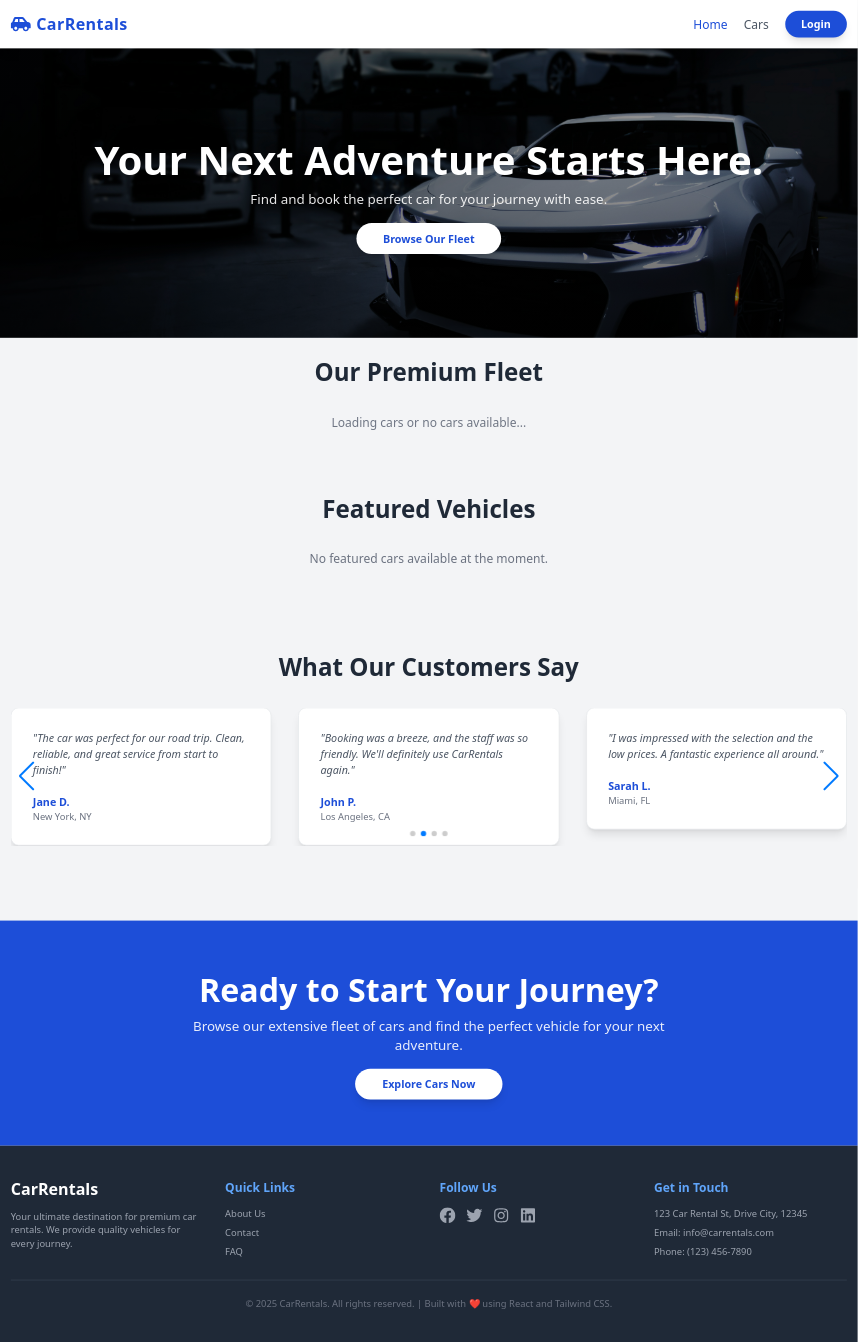
Repository: Daehy-peels/car-rental-app
Page: / (app in client/)
These files come from the project's save history. The page is drawn as it stood at one moment and after the next save; the edit follows.
The browser window is 1280 px wide. The pictures show the whole page, at 67% of full size.
The page's requests for data from a server got no answer. The project was rebuilt for these pictures with package versions that can differ from the ones it lists, and the page was loaded fresh each time. No one was signed in, and anything a server would have sent is missing. Also part of the build but not shown: client/vite.config.js, client/src/components/CarCard.jsx, client/src/components/UserList.jsx, client/src/components/CarList.jsx, client/src/components/AddCarForm.jsx, client/src/components/BookingList.jsx, client/src/pages/AdminDashboard.jsx, client/src/pages/BookingPage.jsx and 9 more.

Above is the page before, as saved 2025-08-25 12:08:34.

After the next save:
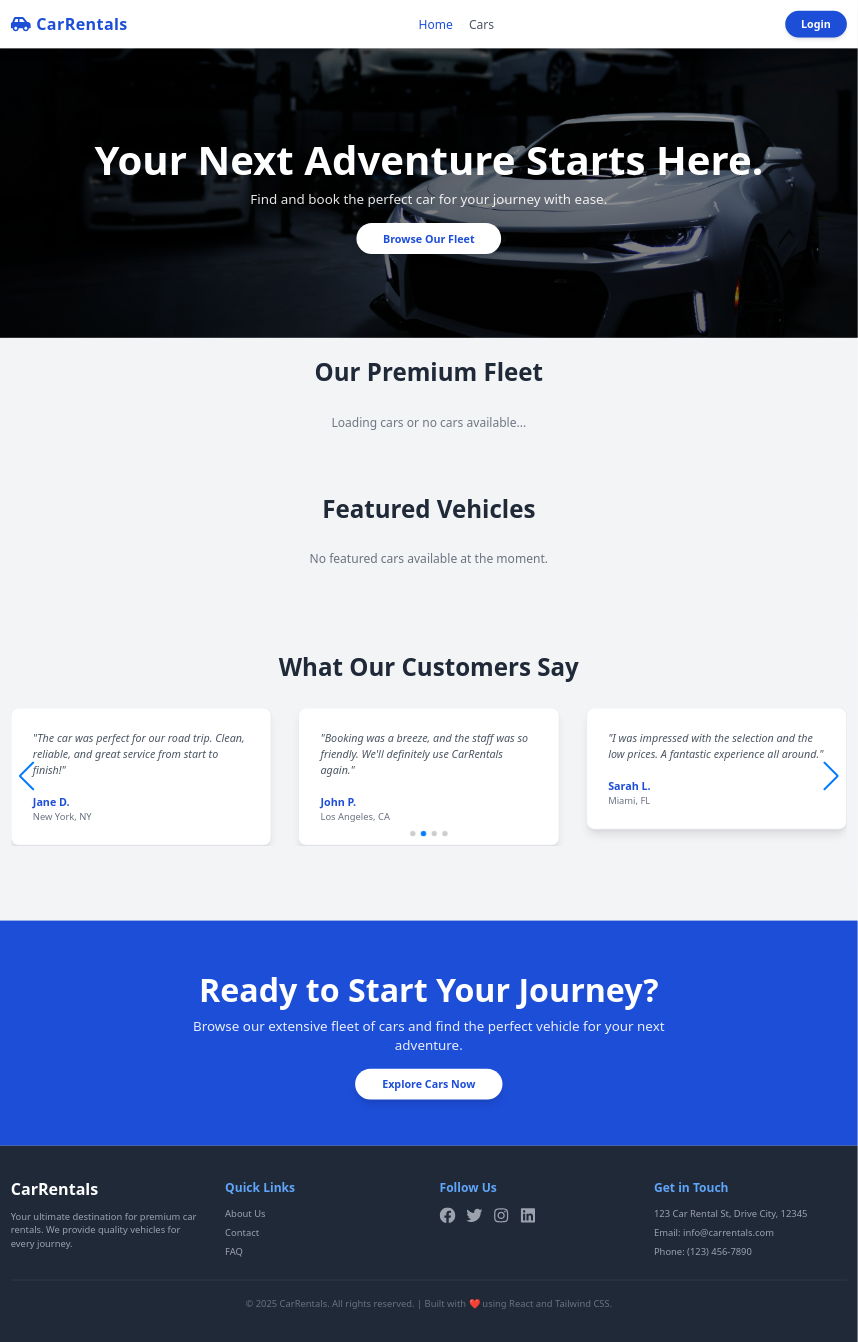
Saved 69 s later.
--- a/client/src/components/Navbar.jsx
+++ b/client/src/components/Navbar.jsx
@@ -1,7 +1,7 @@
 // src/components/Navbar.jsx
 import React, { useState } from "react";
 import { FaCarSide, FaBars, FaTimes } from "react-icons/fa";
-import { Link, NavLink } from "react-router-dom"; // Add NavLink for active styling
+import { Link, NavLink } from "react-router-dom";
 
 const Navbar = ({ onAuthClick, currentUser, onLogout }) => {
   const [isMenuOpen, setIsMenuOpen] = useState(false);
@@ -11,7 +11,7 @@
   };
 
   return (
-    <nav className="bg-white shadow-lg animate-fade-in-down z-50 relative">
+    <nav className="sticky top-0 bg-white shadow-lg animate-fade-in-down z-50">
       <div className="container mx-auto px-4 py-4 flex justify-between items-center">
         {/* Logo and App Name */}
         <div className="flex items-center space-x-2">
@@ -32,7 +32,9 @@
             }
           >
             Home
-            <span className="absolute bottom-0 left-0 w-full h-0.5 bg-primary transform scale-x-0 group-hover:scale-x-100 transition-transform duration-300"></span>
+            <span
+              className={`absolute bottom-0 left-0 w-full h-0.5 bg-primary transform scale-x-0 group-hover:scale-x-100 transition-transform duration-300`}
+            ></span>
           </NavLink>
           <NavLink
             to="/cars"
@@ -43,7 +45,9 @@
             }
           >
             Cars
-            <span className="absolute bottom-0 left-0 w-full h-0.5 bg-primary transform scale-x-0 group-hover:scale-x-100 transition-transform duration-300"></span>
+            <span
+              className={`absolute bottom-0 left-0 w-full h-0.5 bg-primary transform scale-x-0 group-hover:scale-x-100 transition-transform duration-300`}
+            ></span>
           </NavLink>
           {currentUser && (
             <NavLink
@@ -54,12 +58,32 @@
                 }`
               }
             >
-              Profile
-              <span className="absolute bottom-0 left-0 w-full h-0.5 bg-primary transform scale-x-0 group-hover:scale-x-100 transition-transform duration-300"></span>
+              My Profile
+              <span
+                className={`absolute bottom-0 left-0 w-full h-0.5 bg-primary transform scale-x-0 group-hover:scale-x-100 transition-transform duration-300`}
+              ></span>
             </NavLink>
           )}
+          {/* Admin link */}
+          {currentUser?.is_admin && (
+            <NavLink
+              to="/admin"
+              className={({ isActive }) =>
+                `text-gray-600 hover:text-primary transition-colors text-lg font-medium relative group ${
+                  isActive ? "font-bold text-primary" : ""
+                }`
+              }
+            >
+              Admin
+              <span
+                className={`absolute bottom-0 left-0 w-full h-0.5 bg-primary transform scale-x-0 group-hover:scale-x-100 transition-transform duration-300`}
+              ></span>
+            </NavLink>
+          )}
+        </div>
 
-          {/* Conditional rendering based on user login status */}
+        {/* User Auth/Profile section (desktop) */}
+        <div className="hidden md:flex items-center">
           {currentUser ? (
             <div className="flex items-center space-x-4">
               <span className="text-lg font-semibold text-text">
@@ -67,7 +91,7 @@
               </span>
               <button
                 onClick={onLogout}
-                className="bg-red-500 text-white hover:bg-red-600 px-6 py-2 rounded-full font-semibold transition-colors"
+                className="bg-red-500 text-white hover:bg-red-600 px-6 py-2 rounded-full font-semibold transition-colors shadow-md"
               >
                 Logout
               </button>
@@ -75,7 +99,7 @@
           ) : (
             <button
               onClick={onAuthClick}
-              className="bg-primary text-white hover:bg-secondary px-6 py-2 rounded-full font-semibold transition-all duration-300 shadow-lg transform hover:scale-105"
+              className="bg-primary text-white hover:bg-secondary px-6 py-2 rounded-full font-semibold transition-colors shadow-md"
             >
               Login
             </button>
@@ -84,18 +108,19 @@
 
         {/* Mobile menu button */}
         <div className="md:hidden flex items-center">
-          <button
-            onClick={toggleMenu}
-            className="text-gray-600 focus:outline-none"
-          >
-            {isMenuOpen ? <FaTimes size={24} /> : <FaBars size={24} />}
+          <button onClick={toggleMenu} aria-label="Toggle menu">
+            {isMenuOpen ? (
+              <FaTimes className="text-gray-600 text-2xl" />
+            ) : (
+              <FaBars className="text-gray-600 text-2xl" />
+            )}
           </button>
         </div>
       </div>
 
-      {/* Mobile menu content */}
+      {/* Mobile Menu */}
       {isMenuOpen && (
-        <div className="md:hidden bg-white shadow-lg py-4 transition-all duration-300 ease-in-out">
+        <div className="md:hidden bg-white shadow-lg py-4 px-6 absolute top-full left-0 w-full animate-slide-down">
           <div className="flex flex-col items-center space-y-4">
             <Link
               to="/"
